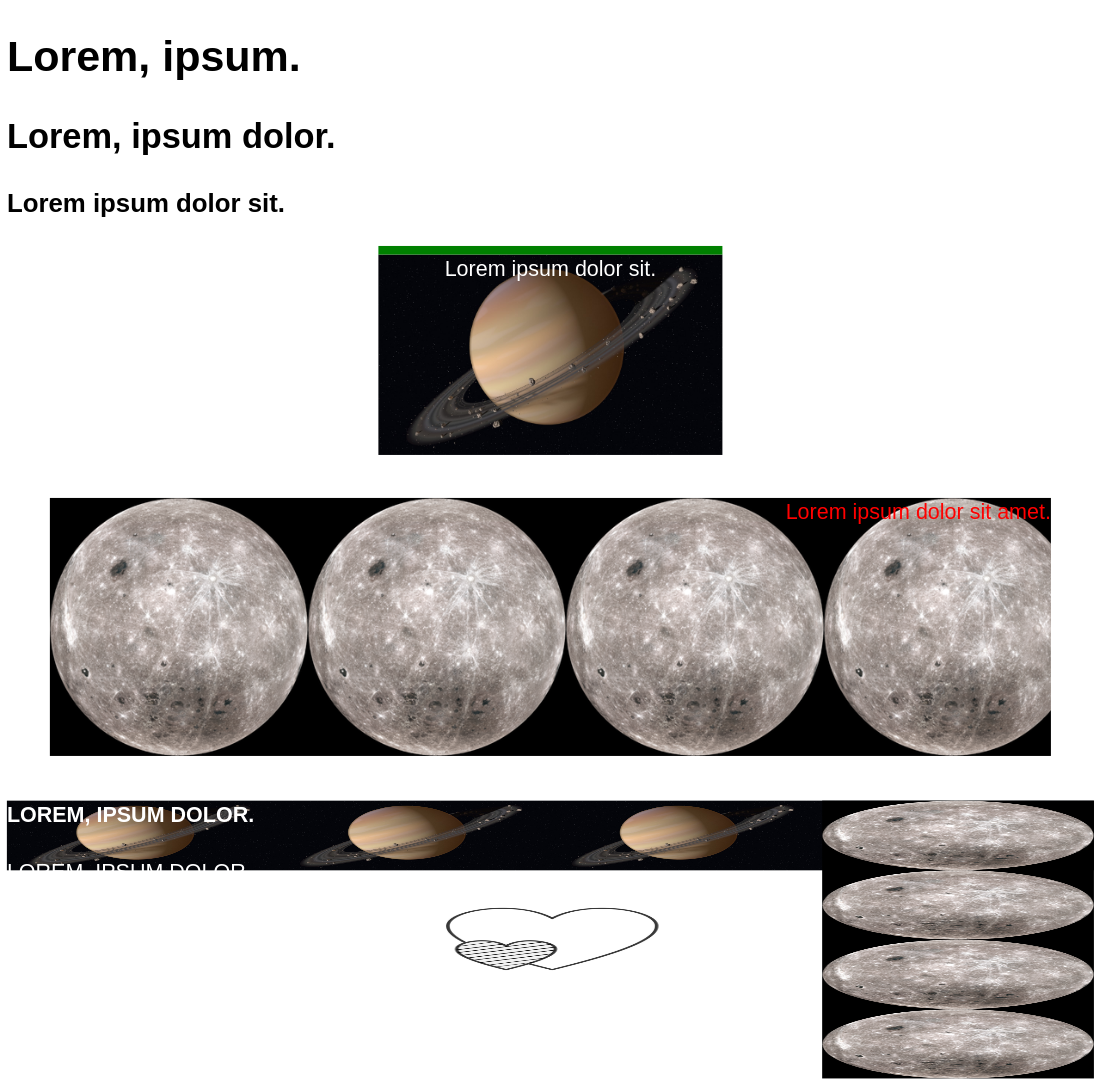
Repository: aSSasdy/assasdy.github.io
Page: index.html
These files come from the project's save history. The page is drawn as it stood at one moment and after the next save; the edit follows.
The browser window is 1280 px wide. The pictures show the whole page, at 86% of full size.

Above is the page before, as saved 2021-11-28 16:39:46.

### index.html
<!DOCTYPE html>
<html lang="en">
<head>
    <meta charset="UTF-8">
    <meta http-equiv="X-UA-Compatible" content="IE=edge">
    <meta name="viewport" content="width=device-width, initial-scale=1.0">
    <title>Document</title>
    <link rel="stylesheet" href="css/style.css">
</head>
<body>
    <h1>Lorem, ipsum.</h1>
    <h2>Lorem, ipsum dolor.</h2>
    <h3>Lorem ipsum dolor sit.</h3>
    <div class="block-1__img">Lorem ipsum dolor sit.</div>
    <div class="block-2__img">Lorem ipsum dolor sit amet.</div>
    <div class="block-3__img">
        <h4>Lorem, ipsum dolor.</h4>
        <p>Lorem, ipsum dolor.</p>
    </div>
</body>
</html>

### css/style.css
html{
    font-size: 62.5%;
}
body{
    font: 400  2.5rem/1.3 Arial, Helvetica, sans-serif ;
}
h1{
    font-size: 5rem;
}
h2{
    font-size: 4rem;
}
h3{
    font-size: 3rem;
}
.block-1__img {
    background-image: url('/img/field_image_magnitosfera-saturna-i-ego-sputnik-encelad-v2.orig_.jpg');
    background-size: cover;
    border-top: 10px solid green;
    margin: auto;
    padding-bottom: 200px;
    width: 400px;
    color: white;
    text-align: center;
}
.block-2__img{
    background-image: url('/img/Moon_farside_LRO_color_mosaic.png');
    margin: 50px;
    padding-bottom: 270px;
    text-align: right;
    color: red;
    background-repeat: repeat-x;
}
.block-3__img {
    background-repeat: no-repeat;
    background-image: url("/img/-9221.jpg"),
                      url("/img/Moon_farside_LRO_color_mosaic.png"),
                      url("/img/field_image_magnitosfera-saturna-i-ego-sputnik-encelad-v2.orig_.jpg");
    background: url("/img/-9221.jpg") center no-repeat,
                url("/img/Moon_farside_LRO_color_mosaic.png") bottom right repeat-y,
                url("/img/field_image_magnitosfera-saturna-i-ego-sputnik-encelad-v2.orig_.jpg") top left repeat-x;
    background-size: 25% 25%;
    padding-bottom: 200px;
    text-transform: uppercase;
    color: white;
}

After the next save:
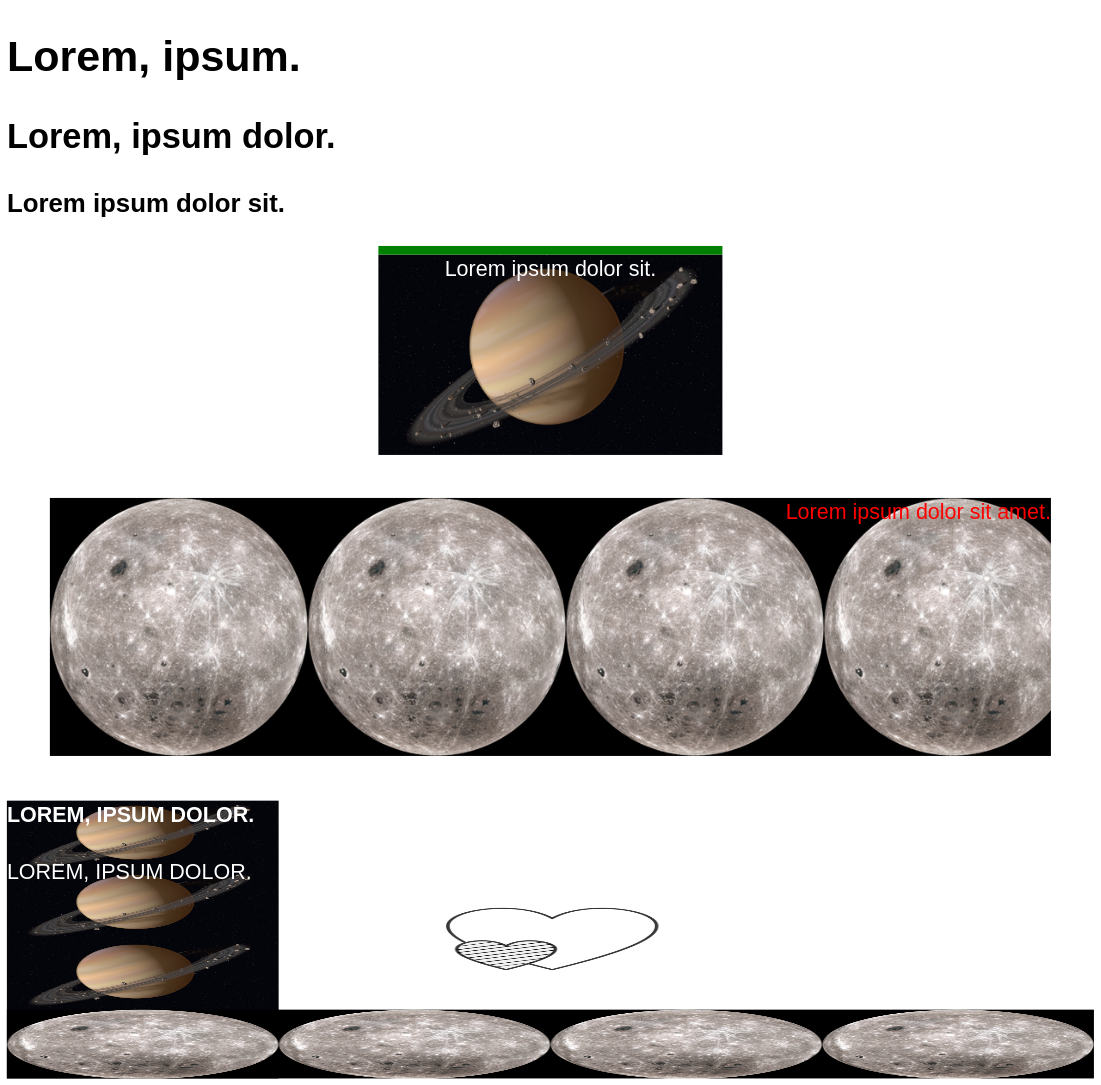
Saved 11 s later.
--- a/css/style.css
+++ b/css/style.css
@@ -37,8 +37,8 @@
                       url("/img/Moon_farside_LRO_color_mosaic.png"),
                       url("/img/field_image_magnitosfera-saturna-i-ego-sputnik-encelad-v2.orig_.jpg");
     background: url("/img/-9221.jpg") center no-repeat,
-                url("/img/Moon_farside_LRO_color_mosaic.png") bottom right repeat-y,
-                url("/img/field_image_magnitosfera-saturna-i-ego-sputnik-encelad-v2.orig_.jpg") top left repeat-x;
+                url("/img/Moon_farside_LRO_color_mosaic.png") bottom right repeat-x,
+                url("/img/field_image_magnitosfera-saturna-i-ego-sputnik-encelad-v2.orig_.jpg") top left repeat-y;
     background-size: 25% 25%;
     padding-bottom: 200px;
     text-transform: uppercase;
